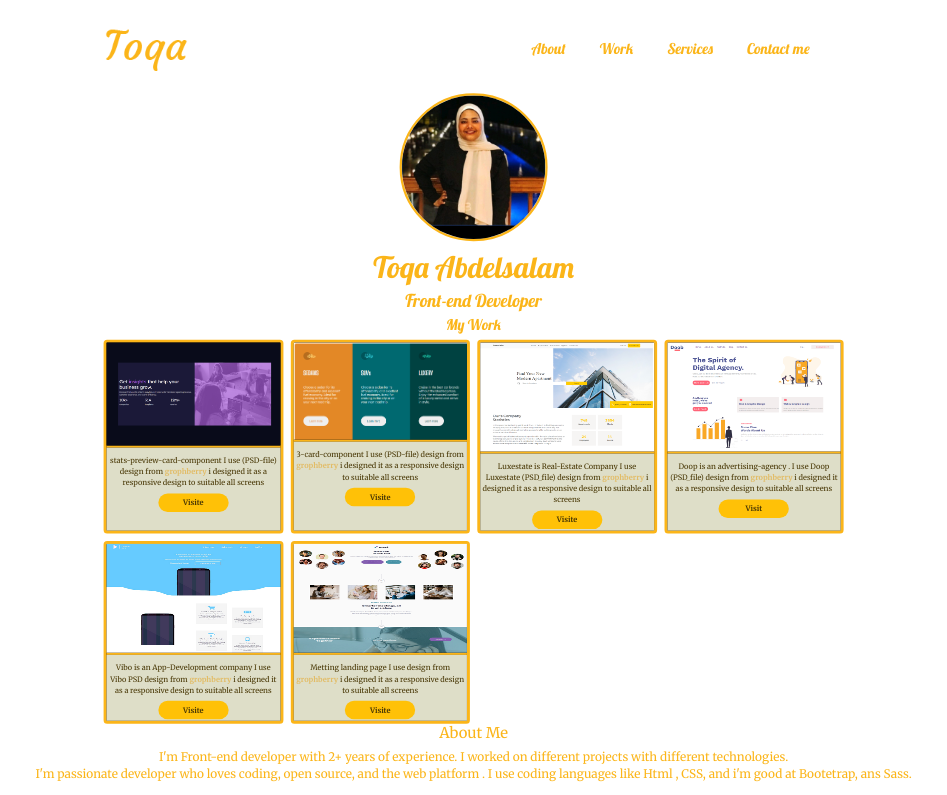
Repository: Toqa-25/portfolio
Page: index.html
These files come from the project's save history. The page is drawn as it stood at one moment and after a run of saves; the edit follows.
The browser window is 1280 px wide. The pictures show the whole page, at 74% of full size.
Some web fonts or font styles are not loaded; a fallback is used.

Above is the page before, as saved 2021-10-31 15:55:07.

### index.html
<!DOCTYPE html>
<html lang="en">
<head>
    <meta charset="UTF-8">
    <meta http-equiv="X-UA-Compatible" content="IE=edge">
    <meta name="viewport" content="width=device-width, initial-scale=1.0">
    <title>Toqa Portfolio</title>
      <!-- bootstrap file -->
      <link rel="stylesheet" href="css/all.min.css">
      <link rel="stylesheet" href="css/bootstrap.css">
      <!-- css file -->
      <link rel="stylesheet" href="css/style.css">
      <!-- fonts -->
      <link rel="preconnect" href="https://fonts.googleapis.com">
<link rel="preconnect" href="https://fonts.gstatic.com" crossorigin>
<link href="https://fonts.googleapis.com/css2?family=Lobster&family=Otomanopee+One&display=swap" rel="stylesheet">
<link rel="preconnect" href="https://fonts.googleapis.com">
<link rel="preconnect" href="https://fonts.gstatic.com" crossorigin>
<link href="https://fonts.googleapis.com/css2?family=Merriweather:ital,wght@0,300;0,400;0,700;0,900;1,300;1,400;1,700;1,900&display=swap" rel="stylesheet">
<link rel="preconnect" href="https://fonts.googleapis.com">
<link rel="preconnect" href="https://fonts.gstatic.com" crossorigin>
<link href="https://fonts.googleapis.com/css2?family=Bebas+Neue&family=Oswald:wght@200;300;400;500;600;700&display=swap" rel="stylesheet">
</head>
<body>
        <!-- header section -->
    <header class="pad">
       <nav class="container">
           <img src="images/logo.png" alt="logo">
       <ul class="list">
           <li>About</li>
           <li>Work</li>
           <li>Services</li>
           <li>Contact me</li>
           <!-- <li>Reviews</li> -->
       </ul>
       <div role="navigation">
      <svg xmlns="http://www.w3.org/2000/svg" width="35" height="35" fill="#fbb519" class="bi bi-list" viewBox="0 0 16 16">
        <path fill-rule="evenodd" d="M2.5 12a.5.5 0 0 1 .5-.5h10a.5.5 0 0 1 0 1H3a.5.5 0 0 1-.5-.5zm0-4a.5.5 0 0 1 .5-.5h10a.5.5 0 0 1 0 1H3a.5.5 0 0 1-.5-.5zm0-4a.5.5 0 0 1 .5-.5h10a.5.5 0 0 1 0 1H3a.5.5 0 0 1-.5-.5z"/>
      </svg>
      <ul class="hidden">
        <li>About</li>
        <li>Work</li>
        <li>Services</li>
        <li>Contact me</li>
        <!-- <li>Reviews</li> -->
      </ul>
      </div>
    </nav>
    </header><!-- end header section -->

    <!-- information  section -->
    <section  class="inform section">
      <div class="quik  " role="main">
        <div class="inform-info">
        <img src="images/toqa.jpg" alt=""><br>
        <h1>Toqa Abdelsalam</h1>
        <h4>Front-end Developer</h4>
      </div>
      </div>
    </section>

      <section class="section container work">
      <h5>My Work</h5>
      <div class="card-groups">
      <div class="project card" role="menu">
        <img src="images/toqa-25.github.io_stats-preview-card-component-main_.png" alt="">
        <p>stats-preview-card-component
      I use  (PSD-file) design from <span> <a href="https://www.frontendmentor.io/">grophberry</a></span>
  i designed it as a responsive design to suitable all screens <br>
  <button><a href="https://toqa-25.github.io/stats-preview-card-component-main/">Visite</a></button>
 </p>
 </div>
      <div class="project card" role="menu">
        <img src="images/toqa-25.github.io_3-cards-component3_.png" alt="">
        <p>3-card-component
      I use (PSD-file) design from <span> <a href="https://www.frontendmentor.io/">grophberry</a></span>
  i designed it as a responsive design to suitable all screens <br>
  <button><a href="https://toqa-25.github.io/3-cards-component/">Visite</a></button>
 </p>
 </div>
      <div class="project card" role="menu">
          <img src="images/destop-luxestate - Copy (1).png" alt="">
          <p>Luxestate is Real-Estate Company
        I use Luxestate (PSD_file) design from <span> <a href="https://www.graphberry.com/">grophberry</a></span>
    i designed it as a responsive design to suitable all screens <br>
    <button><a href="https://toqa-25.github.io/luxstate-project-/">Visite</a></button>
   </p>
   </div>
      <div class="project card" role="menu">
          <img src="images/web_design.png" alt="">
          <p>Doop is an advertising-agency .
        I use Doop (PSD_file) design from <span> <a href="https://www.graphberry.com/">grophberry</a></span>
    i designed it as a responsive design to suitable all screens <br>
    <button><a href="https://toqa-25.github.io/simply-agency/">Visit </a></button>
   </p>
   </div>
      <div class="project card" role="menu">
        <img src="images/Vibo_App(desktop)_toqa-25.github.io2.png" alt="">
          <p>Vibo is an App-Development company
        I use Vibo PSD design from <span> <a href="https://www.graphberry.com/">grophberry</a></span>
    i designed it as a responsive design to suitable all screens <br>
    <button><a href="https://toqa-25.github.io/vibo-app/">Visite</a></button>
   </p>
   </div>
   <div class="project card" role="menu">
    <img src="images/toqa-25.github.io_landing-meeting-page_desktop.png" alt="">
    <p>Metting landing page
  I use  design from <span> <a href="https://www.frontendmentor.io/">grophberry</a></span>
i designed it as a responsive design to suitable all screens <br>
<button><a href="https://toqa-25.github.io/landing-meeting-page/">Visite</a></button>
</p>
</div>
   </div>
      </section>

      <section class="section about">

          <h5>About Me</h5>
      <p> I'm Front-end developer with 2+ years of experience. I worked on different projects with different technologies. <br>
       I'm passionate developer who loves coding, open source, and the web platform .
       I use coding languages like Html , CSS, and i'm good at Bootetrap, ans Sass. </p>
      </section>

</body>
</html>

### css/style.css
/*
    public style
***********************
*/
:root{
    --main-color:#fbb519;
    --section-padding:30px;
}
* , *:after , *:before{
    box-sizing: border-box;
    margin: 0;
    padding: 0;
}
body{
    font-family: 'Merriweather', serif;
    color:var(--main-color);
}
.pad{
    padding: var(--section-padding) 0;
}
.container
{
  width: 80%;
  margin:auto;
}
 .pad h5{
    text-align: center;
    font-family: 'Lobster';
    margin-bottom: 15px;
 }
/*
    header style
***********************
*/
 header{
    font-family: 'Lobster', cursive;
 }
 nav{
      display: flex;
    justify-content: space-between;
    align-items: center;
 }
  nav img{
     margin-top:10px;
 }
 nav .list{
     width: 50%;
    margin-top:20px;
    list-style: none;
    color:var(--main-color);
    display: flex;
    justify-content: space-evenly;
    cursor: pointer;
    font-size: 20px;
 }
 nav .list li{
     font-size: 20px;
     transition: .2s;
     -webkit-transition: .2s;
     -moz-transition: .2s;
     -ms-transition: .2s;
     -o-transition: .2s;
    }
    nav .list li:hover{
        border-bottom: 2px solid var(--main-color);
    }
/* media quary for header*/
 @media (max-width: 768px){
  nav .list {
      display: none;
  }
  div{
      display: block;
      padding: 15px;
  }
  .quik h2{
    font-size: 20px;
    line-height: 2rem;
  }
  .quik img{
    width: 100px;
    height: 100px;
 }
}
 @media (min-width: 768px){
     nav div{
         display: none;

     }
 }
 div:hover  .hidden {
     display: block;
     color:var(--main-color);
     position: absolute;
     right: 44px;
     top: 37px;
     background-color: #f5f5dc91;
     list-style: none;
     border-radius: 8px;
     padding: 10px;

 }
 .hidden{
    display: none;

}
.hidden li:hover{
 padding: 5px;
 font-size: 25px;
}
/*
    my image style
***********************
*/

 .quik{
    color: var(--main-color);
    text-align: center;
    /* background-image: url(../images/mohammad-rahmani-8qEB0fTe9Vw-unsplash.jpg); */
    height: 300px;
    display: flex;
    align-items: center;
    justify-content: center;
    /* font-family: 'Bebas Neue', cursive; */
     /* font-family: 'Oswald', sans-serif; */
     font-family: 'Lobster', cursive;


 }
 .quik img{
     width: 200px;
     height: 200px;
     border:3px solid;
     border-radius: 50%;
     -webkit-border-radius: 50%;
     -moz-border-radius: 50%;
     -ms-border-radius: 50%;
     -o-border-radius: 50%;
     margin-bottom: 10px;
}
 h2{
    color: #dad3d3;
    text-transform: uppercase;
    line-height: 3rem;
 }
 span{
     color:var(--main-color)
 }
 .card-groups{
     display: grid;
    grid-template-columns:repeat(4,1fr);
    gap:10px;
 }
 .work h5{
    text-align: center;
    font-family: 'Lobster';
 }
.card {
    width: 100%;
    height: 100%;
    position: relative;
    display: flex;
    flex-direction: column;
    min-width: 0;
    word-wrap: break-word;
    background-color: black;
    background-clip: border-box;
    border: 4px solid var(--main-color);
    border-radius: 0.3rem;
}

.card img{
    max-width:100%;
    max-height: 150px;
    border-bottom: 3px solid;
}
.card img:hover{
   transform: scale(1.1);
   -webkit-transform: scale(1.1);
   -moz-transform: scale(1.1);
   -ms-transform: scale(1.1);
   -o-transform: scale(1.1);
}
.card p{
    margin-bottom: 1rem;
    background-color: black;
    font-size: 10px;
    padding: 2px;
    margin: 0px;
    margin-top: 0px;
    width: 100%;
    height: 100%;
    text-align: center;
    color:#483705;
    background-color: #f5f5dce8;
    padding-top: 10px;

}
.card p a{
    text-decoration: none;
    color: #e2bc66;
    font-weight: bolder;
}
.card p:hover{

}

.card button{
    width: 95px;
    text-align: center;
    background-color: #ffc107;
    border: none;
    border-radius: 15px;
    padding: 5px;
    margin-top: 7px;
}
.card button:hover{
    width:120px;
    padding: 10px;
}
.card button a{
    text-decoration: none;
    color: #483705;
}

.about{
    text-align: center;

}

/*
           media quary style
    ***************************************
        //extra small devices @media (maxwidth:575px)
        //small devices @media (maxwidth:767px)
        //medium devices @media (maxwidth:991px)
        //large devices @media (maxwidth:1199px)
*/

Loaded but not shown: css/all.min.css (library); css/bootstrap.css (library)

After the next 2 saves:
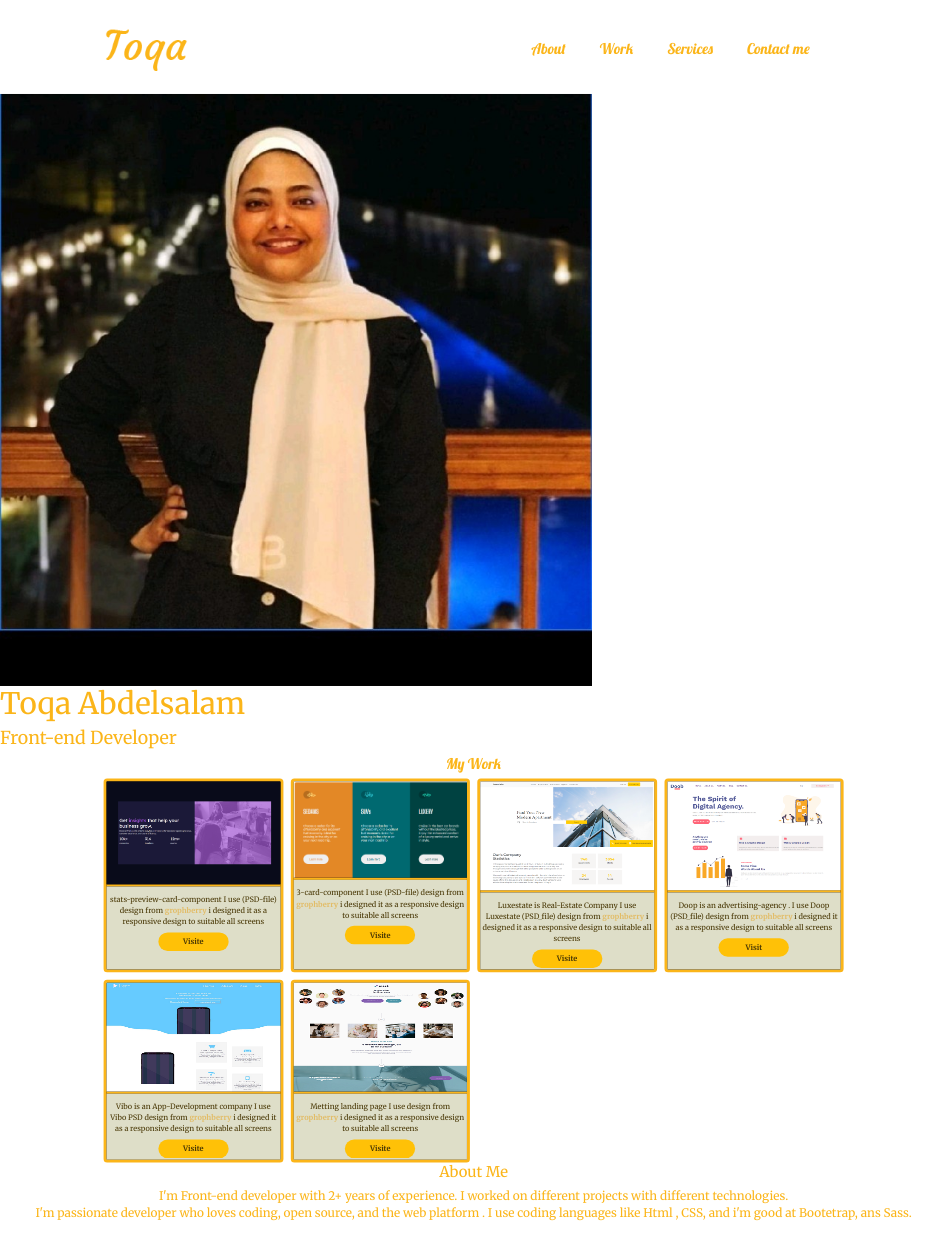
The 2 saves are shown as one change because they came seconds apart.
The last was saved 16 s later.
--- a/index.html
+++ b/index.html
@@ -50,7 +50,7 @@
 
     <!-- information  section -->
     <section  class="inform section">
-      <div class="quik  " role="main">
+      <div class=" " role="main">
         <div class="inform-info">
         <img src="images/toqa.jpg" alt=""><br>
         <h1>Toqa Abdelsalam</h1>
